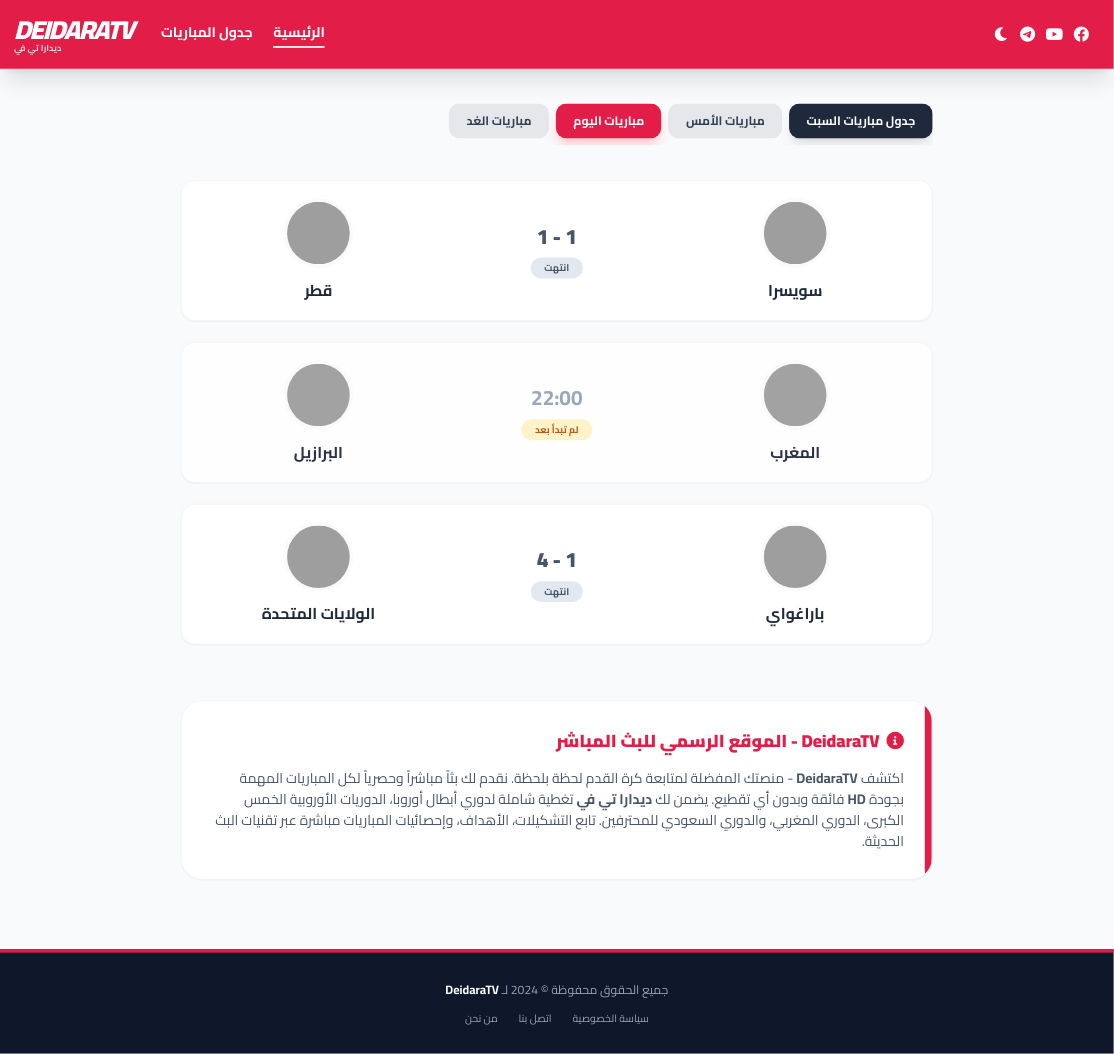
Repository: zakariax05/deidaraTV
Page: home.html
These files come from the project's save history. The page is drawn as it stood at one moment and after the next save; the edit follows.
The browser window is 1280 px wide. The pictures show the whole page, at 87% of full size.
Pictures or frames that could not be fetched are drawn as grey boxes. Some web libraries are served in a nearby version.

Above is the page before, as saved 2026-06-13 22:25:45.

After the next save:
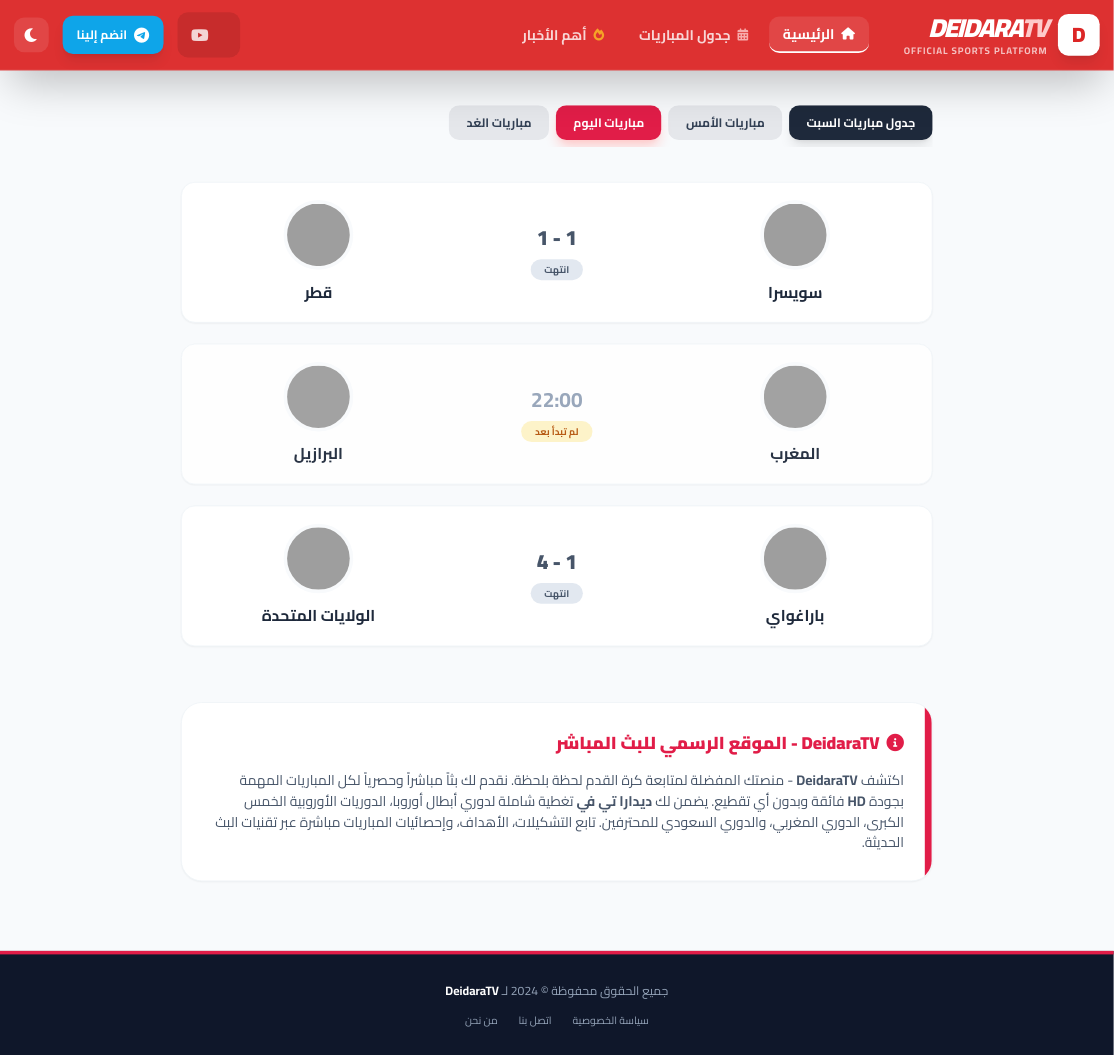
Saved 3 min 0 s later.
--- a/home.html
+++ b/home.html
@@ -41,29 +41,85 @@
 <body class="text-slate-800">
 
     <!-- Header / الهيدر -->
-    <header class="bg-red-primary text-white shadow-xl sticky top-0 z-50">
-        <div class="container mx-auto px-4 py-4 flex justify-between items-center">
-            <!-- الروابط والرموز -->
-            <div class="flex items-center gap-4">
-                <div class="flex gap-3 text-lg">
-                    <a href="#" class="hover:text-slate-200"><i class="fab fa-x-twitter"></i></a>
-                    <a href="#" class="hover:text-slate-200"><i class="fab fa-facebook"></i></a>
-                    <a href="#" class="hover:text-slate-200"><i class="fab fa-youtube"></i></a>
-                    <a href="#" class="hover:text-slate-200"><i class="fab fa-telegram"></i></a>
-                    <a href="#" class="hover:text-slate-200"><i class="fas fa-moon"></i></a>
-                </div>
-            </div>
-
-            <!-- الشعار والقائمة -->
-            <div class="flex items-center gap-8">
-                <nav class="hidden md:flex gap-6 font-bold">
-                    <a href="#" class="border-b-2 border-white pb-1">الرئيسية</a>
-                    <a href="#" class="hover:opacity-80 transition">جدول المباريات</a>
-                </nav>
-                <div class="flex flex-col items-end">
-                    <h1 class="text-2xl md:text-3xl font-black italic tracking-tighter uppercase">DeidaraTV</h1>
-                    <span class="text-[10px] opacity-80 -mt-1 font-bold">ديدارا تي في</span>
-                </div>
+    <!-- الهيدر المطور للرئيسية - DeidaraTV -->
+    <header
+        class="bg-red-600 text-white shadow-2xl sticky top-0 z-[100] backdrop-blur-md bg-opacity-95 border-b border-white/10">
+        <div class="container mx-auto px-4">
+            <div class="flex justify-between items-center h-16 md:h-20">
+
+                <!-- القسم الأيمن: الشعار والقائمة -->
+                <div class="flex items-center gap-6 md:gap-10">
+                    <!-- اللوجو مع ميزة إعادة التحميل -->
+                    <div onclick="window.location.reload()"
+                        class="flex items-center gap-3 cursor-pointer group select-none transition-transform active:scale-95">
+                        <div
+                            class="bg-white text-red-600 w-10 h-10 md:w-12 md:h-12 flex items-center justify-center rounded-xl font-black text-xl md:text-2xl shadow-lg group-hover:rotate-12 transition-transform">
+                            D
+                        </div>
+                        <div class="flex flex-col">
+                            <h1 class="text-xl md:text-3xl font-black italic tracking-tighter uppercase leading-none">
+                                Deidara<span class="text-red-200">TV</span>
+                            </h1>
+                            <span
+                                class="text-[9px] md:text-[11px] font-bold opacity-70 tracking-widest uppercase">Official
+                                Sports Platform</span>
+                        </div>
+                    </div>
+
+                    <!-- الروابط الأساسية (تظهر في الشاشات الكبيرة) -->
+                    <nav class="hidden lg:flex items-center gap-2">
+                        <a href="#"
+                            class="flex items-center gap-2 px-4 py-2 rounded-xl bg-white/10 hover:bg-white/20 transition-all font-bold border-b-2 border-white">
+                            <i class="fas fa-home text-sm"></i> الرئيسية
+                        </a>
+                        <a href="#"
+                            class="flex items-center gap-2 px-4 py-2 rounded-xl hover:bg-white/10 transition-all font-bold opacity-80 hover:opacity-100">
+                            <i class="fas fa-calendar-alt text-sm text-red-200"></i> جدول المباريات
+                        </a>
+                        <a href="#"
+                            class="flex items-center gap-2 px-4 py-2 rounded-xl hover:bg-white/10 transition-all font-bold opacity-80 hover:opacity-100">
+                            <i class="fas fa-fire text-sm text-amber-400"></i> أهم الأخبار
+                        </a>
+                    </nav>
+                </div>
+
+                <!-- القسم الأيسر: أيقونات التواصل والأدوات -->
+                <div class="flex items-center gap-2 md:gap-4">
+
+                    <!-- أيقونات التواصل الاجتماعي بتنسيق أرقى -->
+                    <div class="hidden sm:flex items-center bg-black/10 rounded-xl px-2 py-1 gap-1">
+                        <a href="#"
+                            class="p-2 hover:bg-white/10 rounded-lg transition-colors text-white/80 hover:text-white"
+                            title="Twitter">
+                            <i class="fab fa-x-twitter text-lg"></i>
+                        </a>
+                        <a href="#"
+                            class="p-2 hover:bg-white/10 rounded-lg transition-colors text-white/80 hover:text-white"
+                            title="YouTube">
+                            <i class="fab fa-youtube text-lg"></i>
+                        </a>
+                    </div>
+
+                    <!-- زر تليجرام (مميز بلونه الخاص) -->
+                    <a href="#"
+                        class="bg-sky-500 hover:bg-sky-400 text-white p-2 md:px-4 md:py-2 rounded-xl transition-all shadow-lg flex items-center gap-2 font-bold text-sm">
+                        <i class="fab fa-telegram-plane text-lg"></i>
+                        <span class="hidden md:inline">انضم إلينا</span>
+                    </a>
+
+                    <!-- زر الوضع الليلي -->
+                    <button
+                        class="w-10 h-10 flex items-center justify-center rounded-xl bg-white/10 hover:bg-white/20 transition-colors">
+                        <i class="fas fa-moon text-lg"></i>
+                    </button>
+
+                    <!-- زر الموبايل -->
+                    <button
+                        class="lg:hidden w-10 h-10 flex items-center justify-center rounded-xl bg-white/10 hover:bg-white/20">
+                        <i class="fas fa-bars text-xl"></i>
+                    </button>
+                </div>
+
             </div>
         </div>
     </header>
